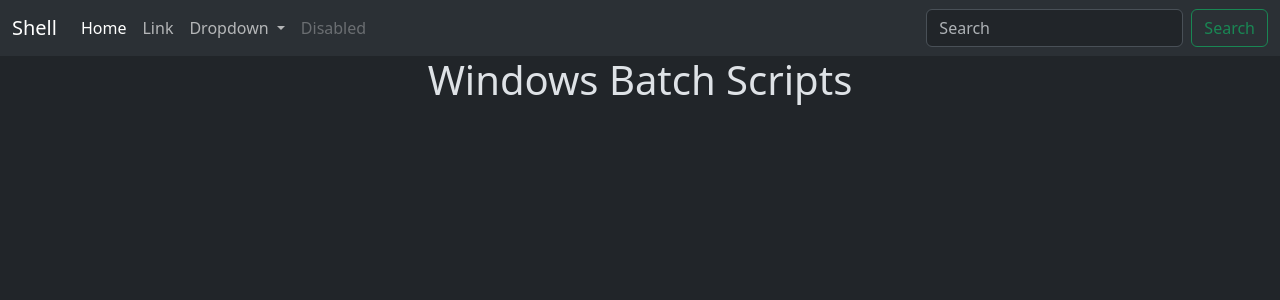
Repository: VictoriousMango/Archive
Page: index.html
These files come from the project's save history. The page is drawn as it stood at one moment and after the next save; the edit follows.
The browser window is 1280 px wide. The pictures show the whole page.

Above is the page before, as saved 2024-06-05 23:56:18.

### index.html
<!doctype html>
<html lang="en">
    <head>
        <meta charset="utf-8">
        <meta name="viewport" content="width=device-width, initial-scale=1">
        <title>Bootstrap demo</title>
        <link href="https://cdn.jsdelivr.net/npm/bootstrap@5.3.3/dist/css/bootstrap.min.css" rel="stylesheet" integrity="sha384-QWTKZyjpPEjISv5WaRU9OFeRpok6YctnYmDr5pNlyT2bRjXh0JMhjY6hW+ALEwIH" crossorigin="anonymous">    </head>
    <body data-bs-theme="dark">
        <!-- NavBar -->
        <nav class="navbar navbar-expand-lg bg-body-tertiary ">
            <div class="container-fluid">
                <a href="#" class="navbar-brand" role="button" onclick="Toggling()">Shell</a>
              <button class="navbar-toggler" type="button" data-bs-toggle="collapse" data-bs-target="#navbarSupportedContent" aria-controls="navbarSupportedContent" aria-expanded="false" aria-label="Toggle navigation">
                <span class="navbar-toggler-icon"></span>
              </button>
                <div class="collapse navbar-collapse" id="navbarSupportedContent">
                    <ul class="navbar-nav me-auto mb-2 mb-lg-0">
                    <li class="nav-item">
                        <a class="nav-link active" aria-current="page" href="#">Home</a>
                    </li>
                    <li class="nav-item">
                        <a class="nav-link" href="#">Link</a>
                    </li>
                    <li class="nav-item dropdown">
                        <a class="nav-link dropdown-toggle" href="#" role="button" data-bs-toggle="dropdown" aria-expanded="false">
                        Dropdown
                        </a>
                        <ul class="dropdown-menu">
                        <li><a class="dropdown-item" href="#">Action</a></li>
                        <li><a class="dropdown-item" href="#">Another action</a></li>
                        <li><hr class="dropdown-divider"></li>
                        <li><a class="dropdown-item" href="#">Something else here</a></li>
                        </ul>
                    </li>
                    <li class="nav-item">
                        <a class="nav-link disabled" aria-disabled="true">Disabled</a>
                    </li>
                    </ul>
                    <form class="d-flex" role="search">
                        <input class="form-control me-2" type="search" placeholder="Search" aria-label="Search">
                        <button class="btn btn-outline-success" type="submit">Search</button>
                    </form>
                </div>
            </div>
        </nav>
        <!-- NavBar -->

        <h1 align="center">Windows Batch Scripts</h1>

        <!-- Including JS -->
        <script src="https://cdn.jsdelivr.net/npm/bootstrap@5.3.3/dist/js/bootstrap.bundle.min.js" integrity="sha384-YvpcrYf0tY3lHB60NNkmXc5s9fDVZLESaAA55NDzOxhy9GkcIdslK1eN7N6jIeHz" crossorigin="anonymous"></script>
        <!-- JS for the web page -->
        <script>
            function Toggling() {
                console.log("Clicked the toggle button")
                console.log()
                var element = document.body;
                element.dataset.bsTheme = element.dataset.bsTheme=="light"?"dark":"light"
            }
        </script>
    </body>
</html>

After the next save:
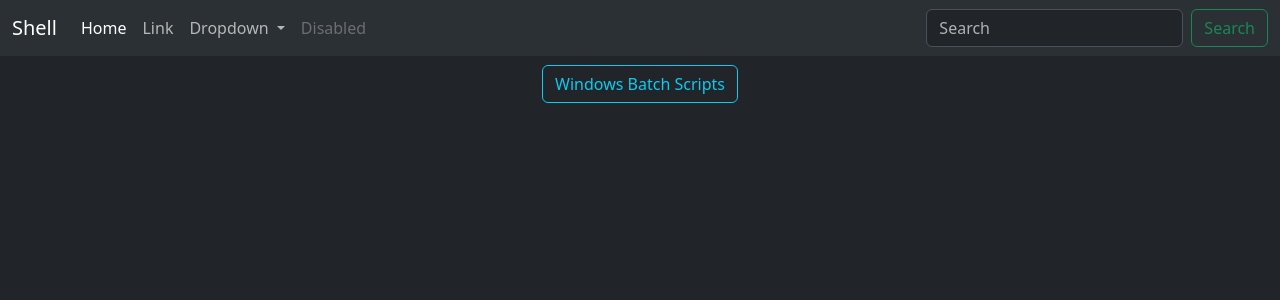
Saved 2 min 57 s later.
--- a/index.html
+++ b/index.html
@@ -45,7 +45,7 @@
         </nav>
         <!-- NavBar -->
 
-        <h1 align="center">Windows Batch Scripts</h1>
+        <h1 align="center"><button type="button" class="btn btn-outline-info">Windows Batch Scripts</button></h1>
 
         <!-- Including JS -->
         <script src="https://cdn.jsdelivr.net/npm/bootstrap@5.3.3/dist/js/bootstrap.bundle.min.js" integrity="sha384-YvpcrYf0tY3lHB60NNkmXc5s9fDVZLESaAA55NDzOxhy9GkcIdslK1eN7N6jIeHz" crossorigin="anonymous"></script>
